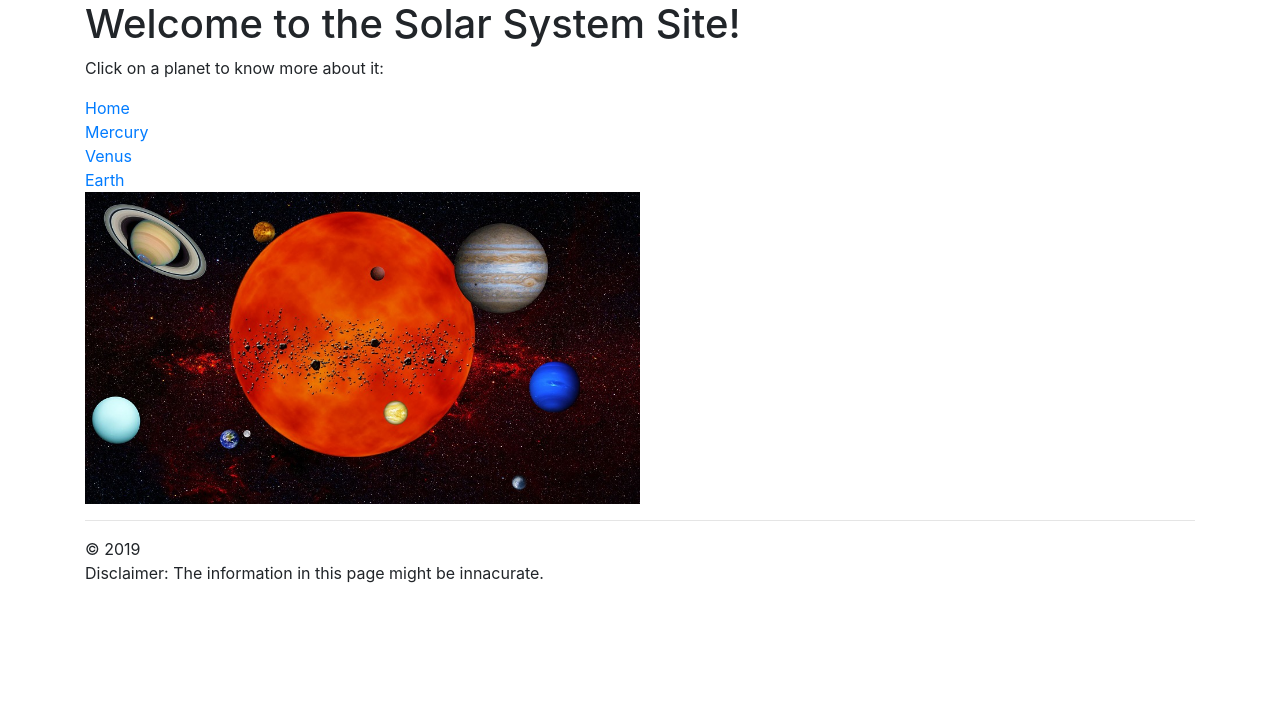
Repository: Voraphi/cst336-solar-systems
Page: http://localhost/
The author's editor kept a record of every edit. The page is drawn from the files as they stood at one moment, then again after the next edit.
The browser window is 1280 px wide. The pictures show the whole page.
The page is served by the project's Node server (solar-systems/app.js).

Above is the page before.

After the next edit:
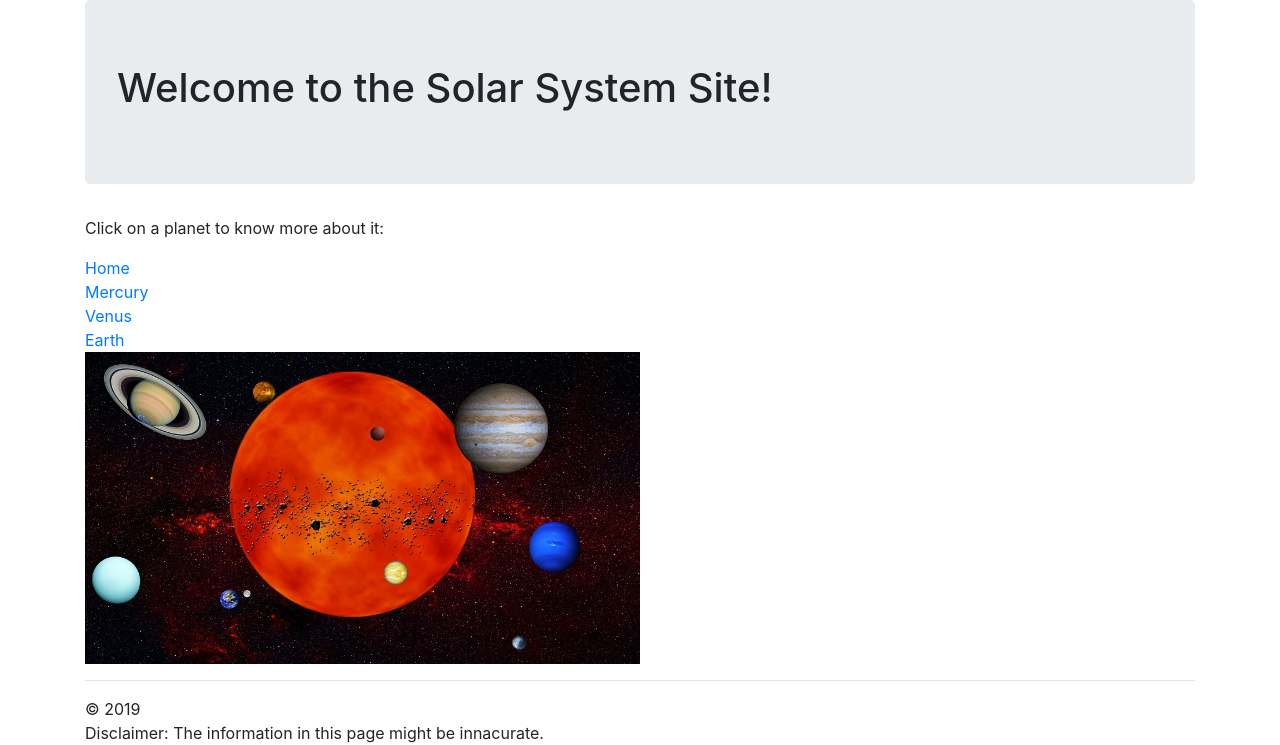
The edit:
--- a/solar-systems/views/index.html
+++ b/solar-systems/views/index.html
@@ -1,6 +1,7 @@
 <%- include('partials/header.ejs') %>
-
-        <h1> Welcome to the Solar System Site! </h1>
+        <div class="jumbotron">
+            <h1> Welcome to the Solar System Site! </h1>
+        </div>
         <p>Click on a planet to know more about it:</p>
 
             <%- include('partials/nav.ejs') %>
